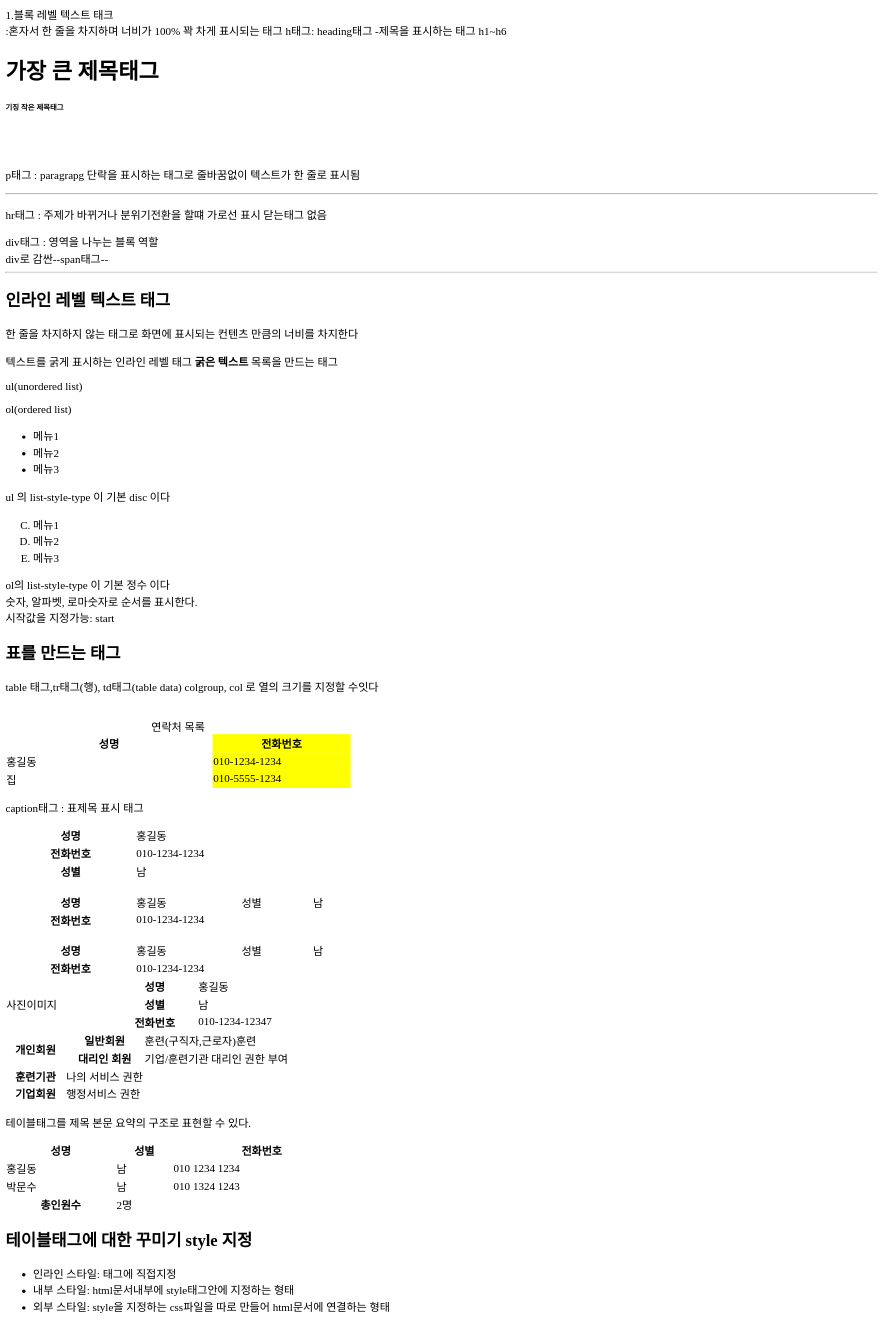
Repository: hana825/Web
Page: web/WebContent/index.html
An editor plug-in stored every save of this project. The page is shown before and after the next save, followed by the edit.
The browser window is 1280 px wide. The pictures show the whole page, at 69% of full size.

Above is the page before, as saved 2022-03-17 07:51:40.

### web/WebContent/index.html
<!DOCTYPE html>
<html>
<head>
<meta charset="UTF-8">
<title>Insert title here</title>
	<style>
		table{width:500px;
		border-collapse: collapse;

		}
	</style>
</head>
<body>
1.블록 레벨 텍스트 태크<br>
:혼자서 한 줄을 차지하며 너비가 100% 꽉 차게 표시되는 태그

h태그: heading태그 -제목을 표시하는 태그 h1~h6
<h1>가장 큰 제목태그</h1>
<h6>기징 작은 제목태그</h6>
<br><br>
<p>
p태그 : paragrapg 단락을 표시하는 태그로
줄바꿈없이 텍스트가 한 줄로 표시됨
</p>
<hr>

<p>
hr태그 : 주제가 바뀌거나 분위기전환을 할떄 가로선 표시
닫는태그 없음
</p>
<div>
div태그 : 영역을 나누는 블록 역할
</div>

<div> div로 감싼<span>--span태그--</span>
</div>


<hr>

<h2>인라인 레벨 텍스트 태그</h2>
<p> 한 줄을 차지하지 않는 태그로 화면에 표시되는 컨텐츠 만큼의 너비를 차지한다
</p>
<!-- 실행에서 제외하고자 하는 코드는 주석처리 -->
텍스트를 굵게 표시하는 인라인 레벨 태그
<strong>굵은 텍스트
</strong>
목록을 만드는 태그
<p>ul(unordered list)</p>
<p>ol(ordered list)</p>
<ul>
	<li>메뉴1</li>
	<li>메뉴2</li>
	<li>메뉴3</li>
</ul>
<p>ul 의 list-style-type 이 기본 disc 이다</p>
<ol start='3' type="A">
	<li>메뉴1</li>
	<li>메뉴2</li>
	<li>메뉴3</li>
</ol>
<p>ol의 list-style-type 이 기본 정수 이다<br>
   숫자, 알파벳, 로마숫자로 순서를 표시한다.<br>
   시작값을 지정가능: start<br>
</p>

<h2>표를 만드는 태그</h2>
<p>table 태그,tr태그(행), td태그(table data)
colgroup, col 로 열의 크기를 지정할 수잇다
</p><br>

<table >
	<colgroup>
		<col style='width:150px'>
		<col style='width:100px; background-color:yellow'>
	</colgroup>
	<caption>연락처 목록</caption>
	<tr><th>성명</th><th>전화번호</th></tr>
	<tr><td>홍길동</td><td>010-1234-1234</td></tr>
	<tr><td>집</td><td>010-5555-1234</td></tr>
</table>

<p> caption태그 : 표제목 표시 태그
</p>

<table  >
	<tr><th>성명</th>
		<td>홍길동</td>
	</tr>
		<tr><th>전화번호</th>
		<td>010-1234-1234</td>
	</tr>
		<tr><th>성별</th>
		<td>남</td>
	</tr>
</table>
<br>
<table  >
	<tr><th>성명</th>
		<td>홍길동</td>
		<td>성별</td>
		<td>남</td>
	</tr>
		<tr><th>전화번호</th>
		<td colspan='3'>010-1234-1234</td>

</table>
<br>

<table  >
	<tr><th>성명</th>
		<td>홍길동</td>
		<td>성별</td>
		<td>남</td>
	</tr>
		<tr><th>전화번호</th>
		<td colspan='3'>010-1234-1234</td>

</table>

<table  >
	<tr><td rowspan ='3'>사진이미지</td>
		<th>성명</th>
		<td>홍길동</td>
	</tr>
	<tr>
		<th>성별</th>
		<td>남</td>
	</tr>
		<tr>
		<th>전화번호</th>
		<td>010-1234-12347</td>
	</tr>

</table>

<table  >
	<tr><th rowspan ='2'>개인회원</th>
		<th>일반회원</th>
		<td>훈련(구직자,근로자)훈련</td>
	</tr>
	<tr>
		<th>대리인 회원</th>
		<td>기업/훈련기관 대리인 권한 부여</td>
	</tr>
		<th>훈련기관</th>
		<td colspan='2'>나의 서비스 권한</td>
	</tr>

		<th>기업회원</th>
		<td colspan='2'>행정서비스 권한</td>
	</tr>


</table>
<p>
테이블태그를 제목 본문 요약의 구조로 표현할 수 있다.
</p>
<table >
	<thead>
		<tr>
			<th>성명</th>
			<th>성별</th>
			<th>전화번호</th>
		</tr>
	</thead>
	<tbody>
		<tr>
			<td>홍길동</td>
			<td>남</td>
			<td>010 1234 1234</td>
		</tr>
		<tr>
			<td>박문수</td>
			<td>남</td>
			<td>010 1324 1243</td>
		</tr>
	</tbody>
	<tfoot>
		<tr>
			<th>총인원수</th>
			<td colspan='2'>2명</td>
		</tr>
	</tfoot>
</table>

<h2>테이블태그에 대한 꾸미기 style 지정</h2>
<ul>
	<li>인라인 스타일: 태그에 직접지정</li>
	<li>내부 스타일: html문서내부에 style태그안에 지정하는 형태</li>
	<li>외부 스타일: style을 지정하는 css파일을 따로 만들어 html문서에 연결하는 형태</li>
</ul>












</body>
</html>

After the next save:
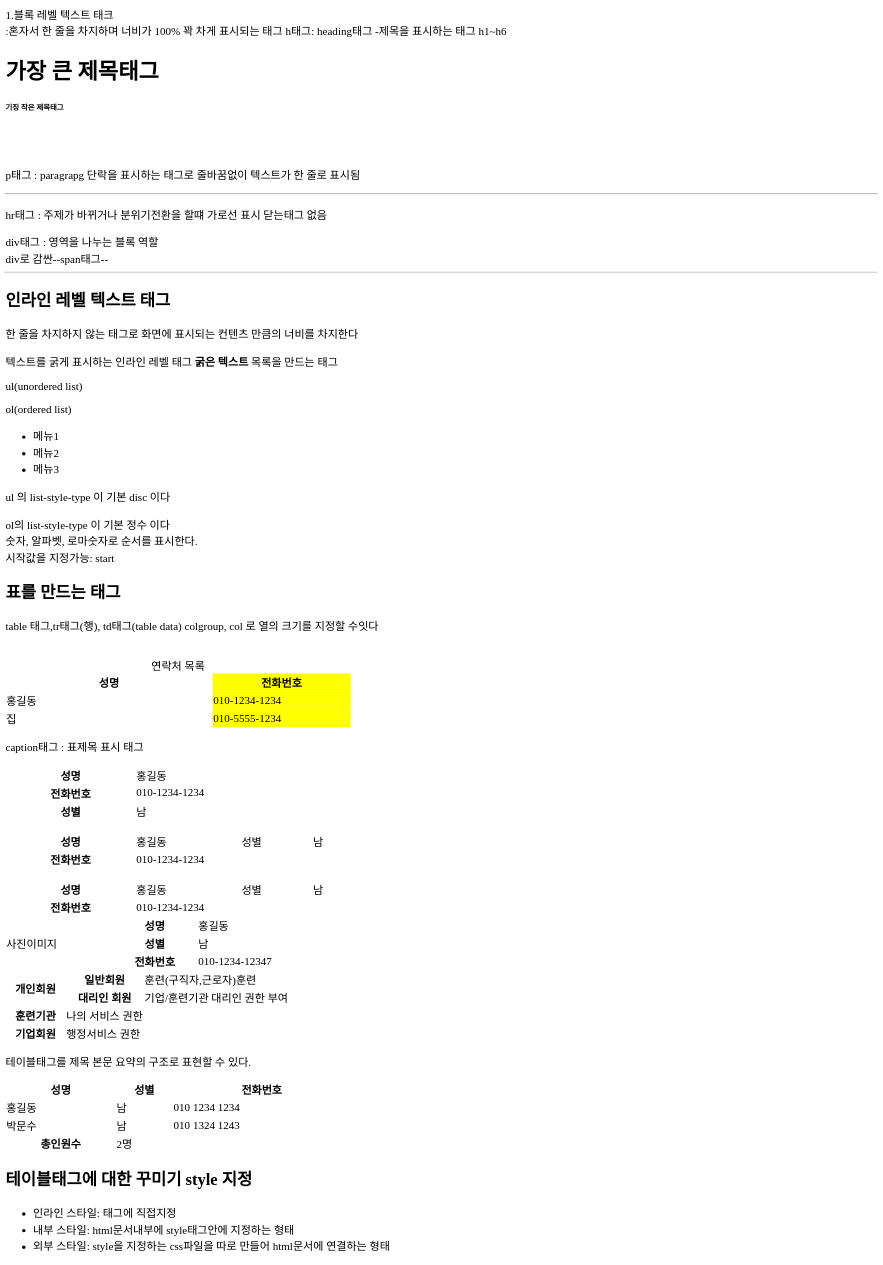
Saved 2 min 17 s later.
--- a/web/WebContent/index.html
+++ b/web/WebContent/index.html
@@ -6,7 +6,6 @@
 	<style>
 		table{width:500px;
 		border-collapse: collapse;
-
 		}
 	</style>
 </head>
@@ -54,11 +53,8 @@ div태그 : 영역을 나누는 블록 역할
 	<li>메뉴3</li>
 </ul>
 <p>ul 의 list-style-type 이 기본 disc 이다</p>
-<ol start='3' type="A">
-	<li>메뉴1</li>
-	<li>메뉴2</li>
-	<li>메뉴3</li>
-</ol>
+
+
 <p>ol의 list-style-type 이 기본 정수 이다<br>
    숫자, 알파벳, 로마숫자로 순서를 표시한다.<br>
    시작값을 지정가능: start<br>
